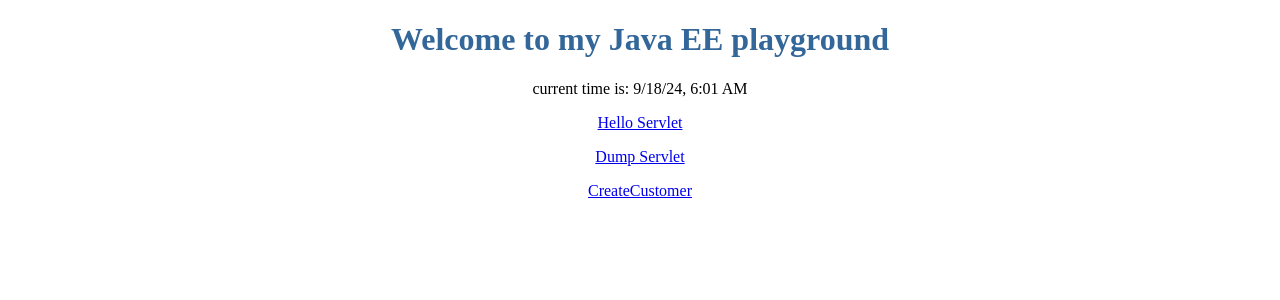
Repository: zoooolander/systex_prac_javaee
Page: http://localhost/myWeb/
An editor plug-in stored every save of this project. The page is shown before and after the next save, followed by the edit.
The browser window is 1280 px wide. The pictures show the whole page.
The page is served by Tomcat 10.

Above is the page before, as saved 2024-09-19 05:57:33.

After the next save:
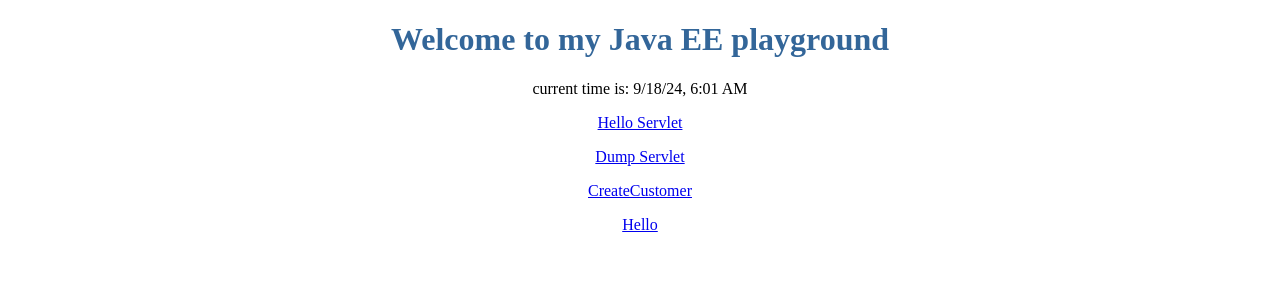
Saved 6 s later.
--- a/myWeb/src/main/webapp/index.jsp
+++ b/myWeb/src/main/webapp/index.jsp
@@ -23,5 +23,8 @@
 	<p>
 		<a href="customer/createCustomer.jsp">CreateCustomer</a>
 	</p>
+	<p>
+		<a href="admin/hello.jsp">Hello</a>
+	</p>
 </body>
 </html>
